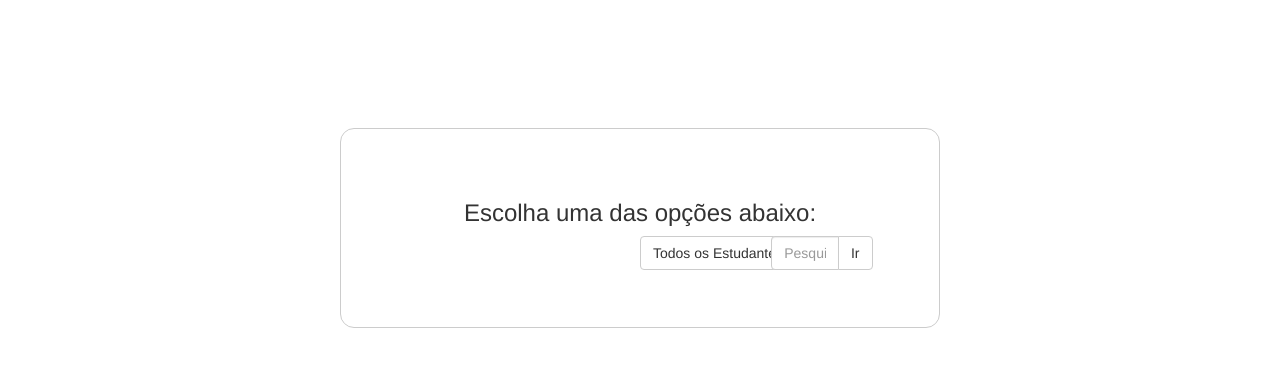
Repository: ipti/br.tag.webservice
Page: http://localhost/Restful-API-TAG/students.jsp
These files come from the project's save history. The page is drawn as it stood at one moment and after the next save; the edit follows.
The browser window is 1280 px wide. The pictures show the whole page.
The page is served by Tomcat 9.

Above is the page before, as saved 2016-04-27 13:57:41.

After the next save:
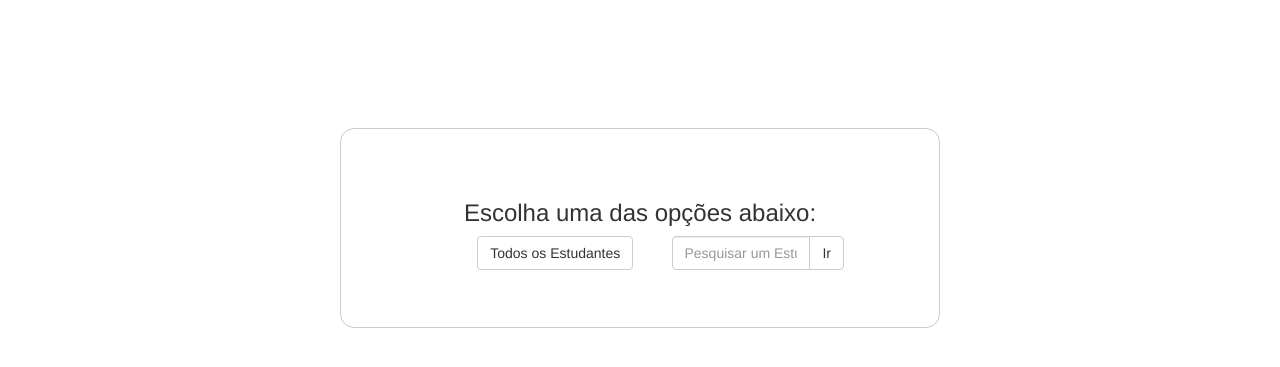
Saved 6 s later.
--- a/Restful-API-TAG/WebContent/students.jsp
+++ b/Restful-API-TAG/WebContent/students.jsp
@@ -12,7 +12,7 @@
 	<div id="studentDiv">
 		<h3 id="titleStudent">Escolha uma das opções abaixo:</h3>
 
-		<div style="margin-left: 50%" class="btn-group-md text-center" role="group" aria-label="...">
+		<div style="margin-left: 20%" class="btn-group-md text-center" role="group" aria-label="...">
 			<div class="row">
 				<div class="col-lg-5">
 					<a type="submit" class="btn btn-default" href="${pageContext.request.contextPath}/api/TagService/getStudents">Todos os Estudantes</a>
